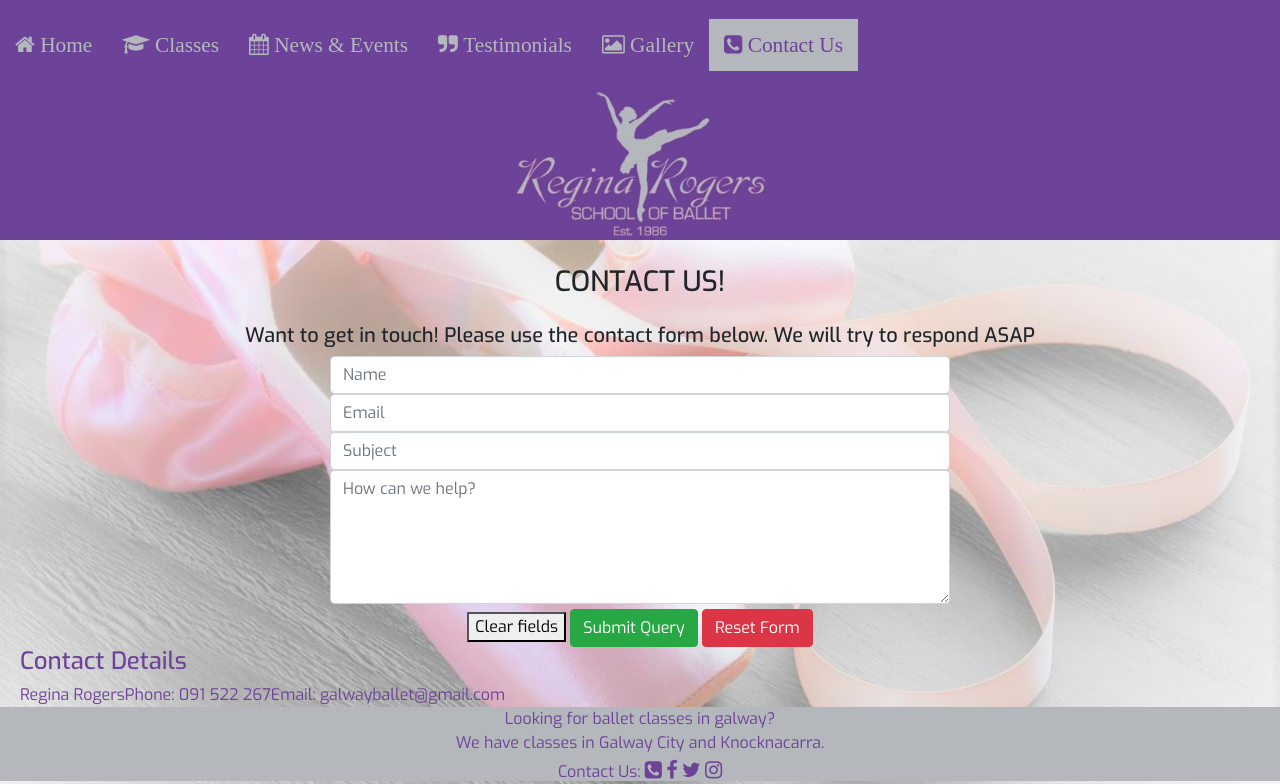
Repository: davidtmiller2010/galwayballet
Page: Contact.html
The author's editor kept a record of every edit. The page is drawn from the files as they stood at one moment, then again after the next edit.
The browser window is 1280 px wide. The pictures show the whole page.

Above is the page before.

### Contact.html
<!DOCTYPE html>
<html lang="en">

<head>
    <meta charset="UTF-8">
    <meta name="viewport" content="width=device-width, initial-scale=1.0">
    <meta http-equiv="X-UA-Compatible" content="ie=edge">
    <link rel="stylesheet" href="https://stackpath.bootstrapcdn.com/bootstrap/4.3.1/css/bootstrap.min.css" type="text/css" />
    <link rel="stylesheet" href="https://stackpath.bootstrapcdn.com/font-awesome/4.7.0/css/font-awesome.min.css" type="text/css" />
    <link rel="stylesheet" href="assets/CSS/style1.css" type="text/css" />
    <link href="https://fonts.googleapis.com/css?family=Exo|Roboto" rel="stylesheet">
    <link href="https://fonts.googleapis.com/css?family=Dancing+Script" rel="stylesheet">
    <title>Regina Rogers</title>
</head>

<body>
    <header>
        <div class="navbar ">
            <ul>
                <li><a href="index.html" class=" col-12  col-2"><i class="fa fa-home fa-lg"> Home</i></a></li>
                <li><a href="Classes.html" class=" col-12  col-2"><i class="fa fa-graduation-cap fa-lg"> Classes</i></a></li>
                <li><a href="News.html" class=" col-12  col-2"><i class="fa fa-calendar fa-lg"> News & Events</i></a></li>
                <li><a href="Testimonial.html" class=" col-12  col-2"><i class="fa fa-quote-right fa-lg"> Testimonials</i></a></li>
                <li><a href="Gallery.html" class=" col-12  col-2"><i class="fa fa-image fa-lg"> Gallery</i></a></li>
                <li><a href="Contact.html" class="active col-12  col-2"><i class="fa fa-phone-square fa-lg"> Contact Us</i></a></li>
            </ul>
        </div>
    </header>
    <section class="container-fluid">
        <div class="logo">
            <!---logo--->
        </div>
        <div class="row">
            <div class="col ">
                <h3 class="contact-heading  text-center">CONTACT US!</h3>
                <h5 class="text-center">Want to get in touch! Please use the contact form below. We will try to respond ASAP</h5>
                <div class="center-form formbg">
                    <form id="formstyle">
                        <input type="text" name="name" id="fullname" class="form-control" placeholder="Name" required />
                        <input type="email" name="email" id="emailaddress" class="form-control" placeholder="Email" required />
                        <input type="text" name="subject" id="subject" class="form-control" placeholder="Subject" required />
                        <textarea rows="5" name="query" id="query" class="form-control" placeholder="How can we help?" required></textarea>
                        <div class="form-row text-center">
                            <div class="col">
                                <button onclick="document.getElementById('fullname','emailaddress').value = ''">Clear fields</button>
                                <button type="submit" class="btn btn-success">Submit Query</button>
                                <button type="submit" class="btn btn-danger">Reset Form</button>
                            </div>
                        </div>
                    </form>
                </div>
            </div>
        </div>
        <div class="row">
            <div class="col bg-color-details">
                <h4>Contact Details</h4>
                <ul>
                    <li>Regina Rogers</li>
                    <li>Phone: 091 522 267</li>
                    <li>Email: galwayballet@gmail.com</li>
                </ul>
            </div>
        </div>
    </section>
    <footer>
        <div class="footermessage">
            <h7 class="uppercase general">Looking for ballet classes in galway?</h7><br/>
            <p class="inline-block footermessage">
                We have classes in Galway City and Knocknacarra.
                <br> Contact Us:
                <a href="#" target="_blank">
                     <i class="fa fa-phone-square infobutton" aria-hidden="true"></i>
                    </a>
                <a target="_blank" href="#">
                            <i class="fa fa-facebook infobutton " aria-hidden="true"></i>
                            <span class="sr-only">Facebook</span>
                        </a>
                <a target="_blank" href="#">
                            <i class="fa fa-twitter infobutton " aria-hidden="true"></i>
                            <span class="sr-only">Twitter</span>
                        </a>
                <a target="_blank" href="#">
                            <i class="fa fa-instagram infobutton " aria-hidden="true"></i>
                            <span class="sr-only">Instagram</span>
                        </a>
            </p>
        </div>
    </footer>

    <script src="https://code.jquery.com/jquery-3.3.1.slim.min.js" integrity="sha384-q8i/X+965DzO0rT7abK41JStQIAqVgRVzpbzo5smXKp4YfRvH+8abtTE1Pi6jizo" crossorigin="anonymous"></script>
    <script src="https://cdnjs.cloudflare.com/ajax/libs/popper.js/1.14.7/umd/popper.min.js" integrity="sha384-UO2eT0CpHqdSJQ6hJty5KVphtPhzWj9WO1clHTMGa3JDZwrnQq4sF86dIHNDz0W1" crossorigin="anonymous"></script>
    <script src="https://stackpath.bootstrapcdn.com/bootstrap/4.3.1/js/bootstrap.min.js" integrity="sha384-JjSmVgyd0p3pXB1rRibZUAYoIIy6OrQ6VrjIEaFf/nJGzIxFDsf4x0xIM+B07jRM" crossorigin="anonymous"></script>

</body>

### assets/CSS/style1.css
@import url('https://fonts.googleapis.com/css?family=Exo:100,200,300,400,500,600,700|Roboto:100,200,300,400,500,600,700');

/*----------colors---------*/

.bg-color-details {
    background: none;
    color: #6D4399;
}

.formbg {
    background: none;
}


.bg-color-contact {
    color: #6D4399;
    background: none;
}

/*----------Header---------*/

header {
    margin-bottom: 90px;
}

.navbar {
    overflow: hidden;
    background-color: #6D4399;
    position: fixed;
    top: 0;
    width: 100%;
    height: 90px;
    padding: 0;
    float: right;
}

ul {
    list-style-type: none;
    margin: 0;
    margin-top: 0;
    padding: 0;
    background-color: #6D4399;
}

li {
    float: left;
}

li a {
    display: block;
    color: #B4B7BC;
    text-align: center;
    padding: 14px 16px;
    text-decoration: none;
}

li a:hover:not(.active) {
    background-color: #000;
}

li a:hover {
    color: white;
    background-color: #6D4399;
}

.active {
    background-color: #B4B7BC;
    color: #6D4399;
}


/*----------body---------*/

body {
    top: 20px;
    background-image: url("../images/balletshoes.jpg");
    background-size: 100%;
    font-family: "Exo", sans-serif;
}

.logo {
    background: #6D4399;
    background-image: url("../images/reginalogo3.jpg");
    background-position: center;
    background-repeat: no-repeat;
    background-size: contain;
    top: 0;
    width: 100%;
    position: relative;
    height: 150px;
    padding: 0;
    z-index: -1;
    margin: 0;
}


.row {
    margin-left: 5px;
    margin-right: 5px;
}

.paragraph {
    margin: 10px 0;
    text-align: justify;
    text-justify: inter-word;
    font-family: "Exo", Times, serif;
    font-size: 20px;
    font-weight: 500;
    z-index: -1;
}


/*----------Footer---------*/

footer {
    background: #6D4399;
    color: #6D4399;
    padding-bottom: 10px;
    margin: 0;
    text-align: center;
    height: 50px;
}

.footermessage {
    background-color: #B4B7BC;
    margin: 0;
    height: 50px;
    padding: 0px;
}

.infobutton {
    background-color: #B4B7BC;
    font-size: 20px;
    color: #6D4399;
    margin: 0;
    margin-top: 5px;
    padding: 0;
    transition: all 0.5s ease-in-out;
    -moz-transition: all 0.5s ease-in-out;
    -webkit-transition: all 0.5s ease-in-out;
    -o-transition: all 0.5s ease-in-out;
}

.infobutton:hover {
    color: white;
}

/*----------Tables---------*/

.table {
    border: solid;
    width: 80%;
    color: black;
    border-color: #6D4399;
    margin-left: 10%;
    margin-right: 10%;
    background-color: #B4B7BC;
}

table th {
    background: #6D4399;
    color: white;
    border: solid;
    border-color: #6D4399;
    text-align: center;
}

table td {
    border: solid;
    color: black;
    border-color: #6D4399;
}

#formstyle {
    width: 50%;
    display: inline-block;
    text-align: center;
    margin-left: 25%;
    margin-right: 25%;
}

.form-row {
    margin-top: 5px;
}

/*----------General---------*/

.headers {
    font-weight: 800;
    font-family: "Exo", sans-serif;
    text-align: center;
    text-decoration: underline;
}

.heading {
    font-weight: 600;
    font-family: "Exo", sans-serif;
    text-align: center;
    margin-top: 10px;

}

.headerstyle {
    font-weight: 700;
    font-family: "Exo", sans-serif;
    text-align: center;
    margin-bottom: 15px;
}

.container-fluid {
    padding: 0;
    margin: 0;
}

.contact-heading {
    margin: 25px 0;
}

.gallery {
    margin: 15px 30px;
}

.news {
    z-index: -1;

}

.newsheader {
    margin: 20px 0;
    text-align:center;
    text-decoration:underline;
    font-weight:bold;
    color:#6D4399;
}

.bordernews {
  border-style: solid;
  border-width:1px;
}

/*----------Testimonials---------*/

.testimonials {
    padding: 0;
    margin: 0;
    text-align: center;
    z-index: -1;
}

After the next edit:
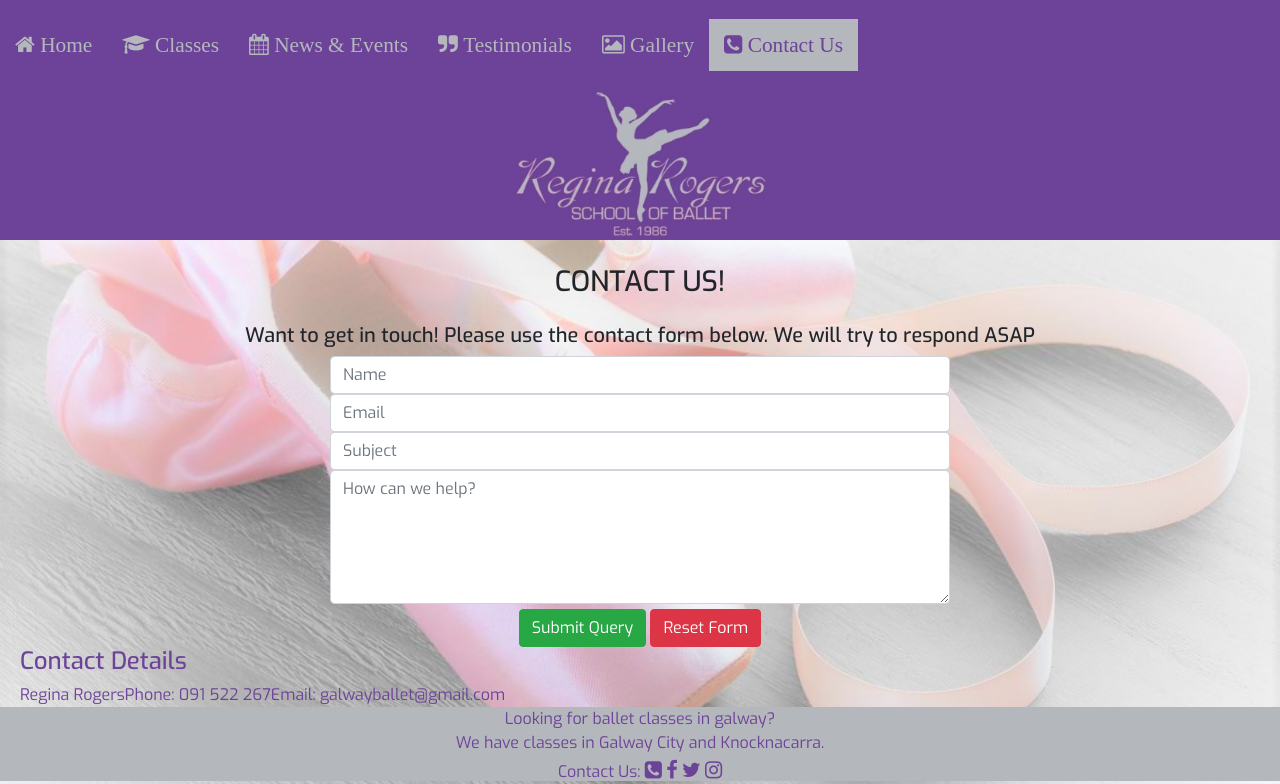
The edit:
--- a/Contact.html
+++ b/Contact.html
@@ -42,7 +42,6 @@
                         <textarea rows="5" name="query" id="query" class="form-control" placeholder="How can we help?" required></textarea>
                         <div class="form-row text-center">
                             <div class="col">
-                                <button onclick="document.getElementById('fullname','emailaddress').value = ''">Clear fields</button>
                                 <button type="submit" class="btn btn-success">Submit Query</button>
                                 <button type="submit" class="btn btn-danger">Reset Form</button>
                             </div>
